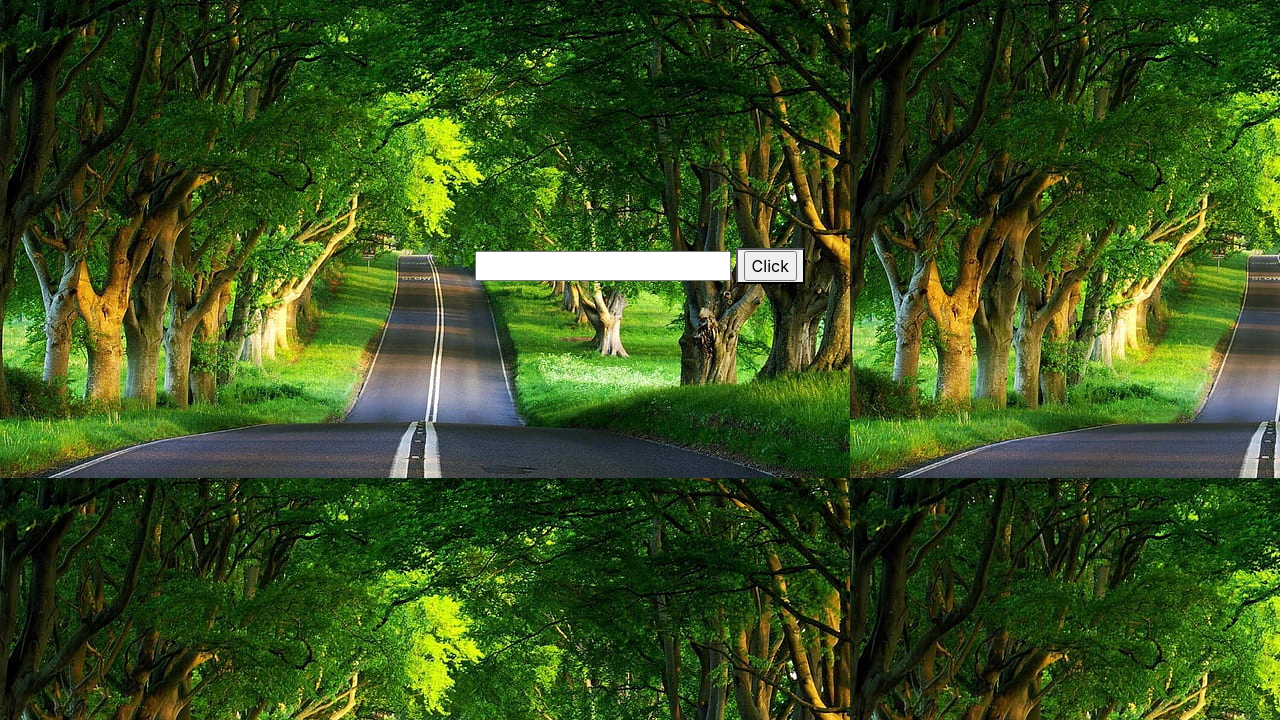
Repository: prashantkumarbind/Hospital-Weather-Concept
Page: http://localhost/weather-app/
An editor plug-in stored every save of this project. The page is shown before and after the next save, followed by the edit.
The browser window is 1280 px wide. The pictures show the whole page.
The page is served by Tomcat 9. Other server files are loaded and not shown.

Above is the page before, as saved 2024-01-19 07:14:45.

### weather-app/src/main/webapp/index.jsp
<%@ page language="java" contentType="text/html; charset=ISO-8859-1"
    pageEncoding="ISO-8859-1"%>
<!DOCTYPE html>
<html>
<head>
<meta charset="ISO-8859-1">
<meta charset="utf-8">
<meta name="viewport" content="width=device-width, initial-scale=1, shrink-to-fit=no">
<link rel="stylesheet" href="https://cdn.jsdelivr.net/npm/bootstrap@4.6.2/dist/css/bootstrap.min.css">
<title>weather app</title>
<style>
	body{
		 background-image: url("img/we3.jpg");
	}
	.controller{
		margin-top:200px;
		background-color:back;
	}
</style>
</head>
<body>

		<section class="form-top-header header-top mt-5">
			<div class="container-fluid">
				<div class="row justify-content-center">
					<div class="col-6 form controller text-center">
						<form action="FormDataController" method="Post">
							 <div class="form-design">
							 	<input type="text" name="city_name" class="">
							 	<button><input type="submit" value="Click"></button>
							 </div>
						</form>
					</div>
				</div>
			</div>
		</section>

 <!-- <script src="https://cdn.jsdelivr.net/npm/jquery@3.5.1/dist/jquery.slim.min.js"></script>
 <script src="https://cdn.jsdelivr.net/npm/bootstrap@4.6.2/dist/js/bootstrap.bundle.min.js"></script>
 -->
</body>
</html>

After the next save:
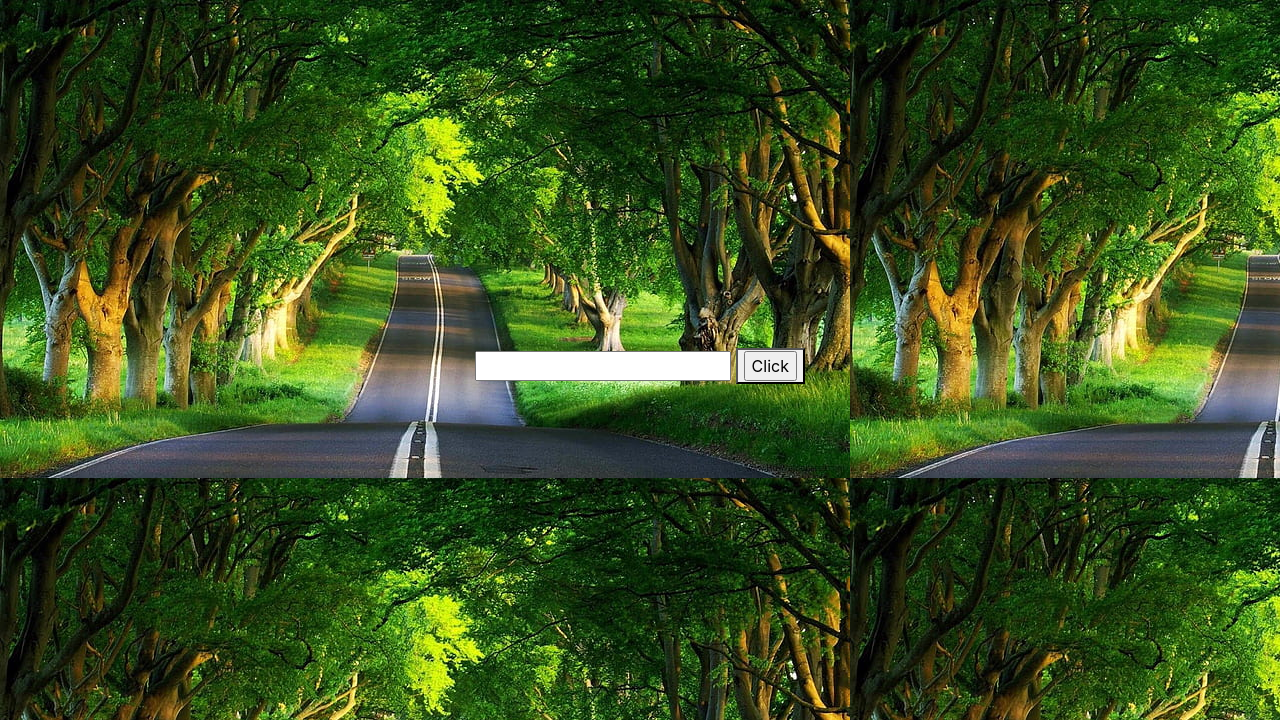
Saved 16 s later.
--- a/weather-app/src/main/webapp/index.jsp
+++ b/weather-app/src/main/webapp/index.jsp
@@ -15,6 +15,7 @@
 	.controller{
 		margin-top:200px;
 		background-color:back;
+		padding:100px 100px;
 	}
 </style>
 </head>

After the save that followed:
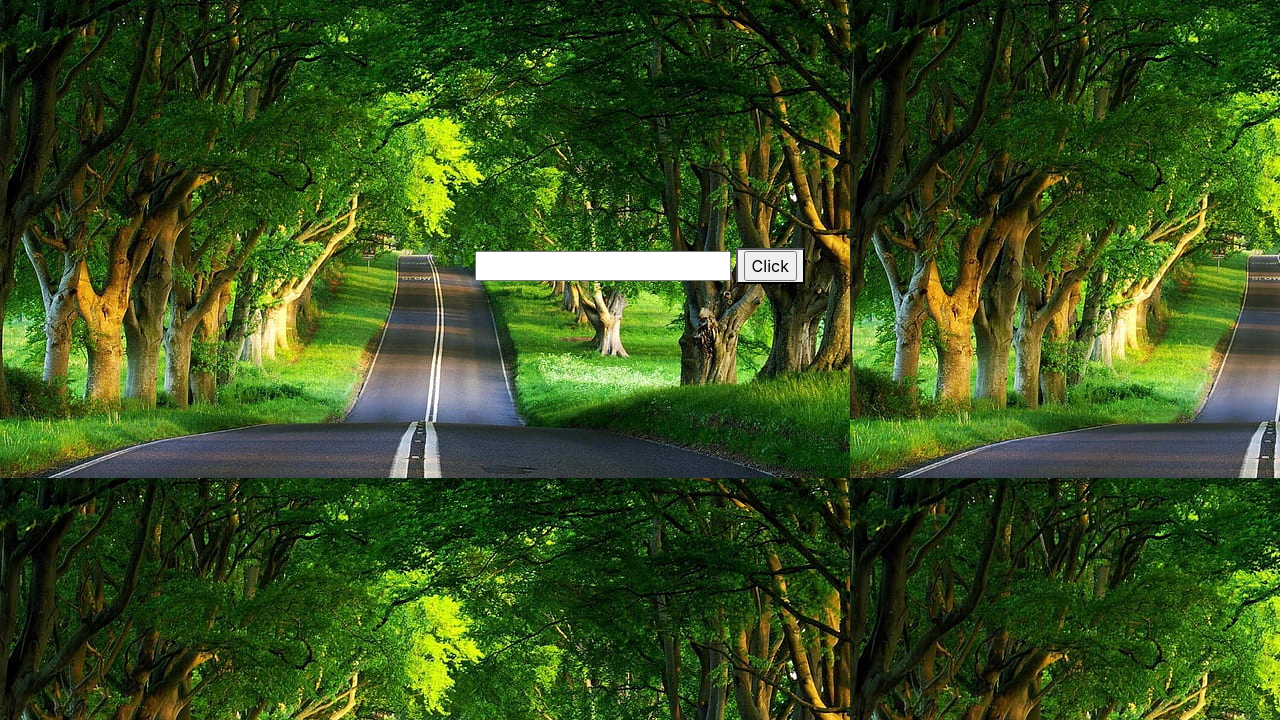
Saved 12 s later.
--- a/weather-app/src/main/webapp/index.jsp
+++ b/weather-app/src/main/webapp/index.jsp
@@ -14,8 +14,7 @@
 	}
 	.controller{
 		margin-top:200px;
-		background-color:back;
-		padding:100px 100px;
+
 	}
 </style>
 </head>
